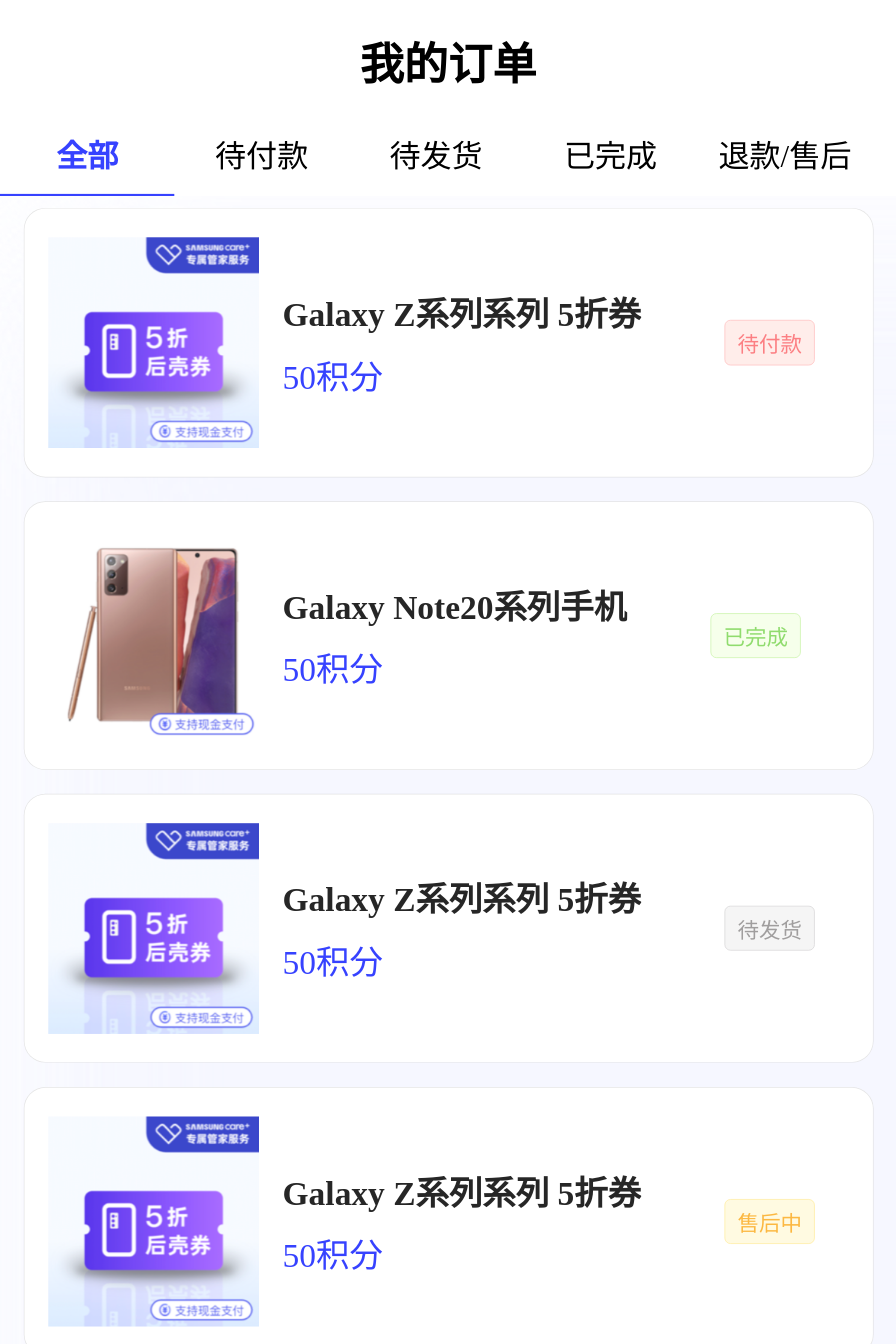
Repository: lucky-LoL735/jfsc
Page: myOrder.html
These files come from the project's save history. The page is drawn as it stood at one moment and after the next save; the edit follows.
The browser window is 1280 px wide. The pictures show the part of the page from y = 0 to 1920 px (the page is 2808 px tall before and 720 px after), at 70% of full size.

Above is the page before, as saved 2022-11-19 18:25:30.

### myOrder.html
<!DOCTYPE html>
<html lang="en" style="font-size: 100px;">

<head>
    <meta charset="UTF-8">
    <meta http-equiv="X-UA-Compatible" content="IE=edge">
    <meta name="viewport" content="width=device-width, initial-scale=1.0">
    <title>我的订单</title>
</head>
<style>
    * {
        margin: 0;
        padding: 0;
    }

    body {
        background: url(./imgs/blurcolor@2x.png) no-repeat no-repeat;
        background-size: cover;
        /*把背景图片放大到适合元素容器的尺寸，图片比例不变，但是要注意，超出容器的部分可能会裁掉。*/
    }

    .header {
        background: #FFFFFF;
    }

    .header .title h2 {
        height: 1.1rem;
        text-align: center;
        line-height: 1.1rem;
        font-size: 0.37rem;
    }

    .header .nav {
        display: flex;
        justify-content: space-between;
        font-size: 0.26rem;

    }

    .header .nav div {
        flex: 1;
        text-align: center;
    }

    .header .nav .active {
        padding: 0 0 0.15rem 0;
        font-weight: bold;
        color: #3642FF;
        border-bottom: 3px solid #3642FF;
    }

    .header .nav .tail {
        padding: 0 0.2rem 0.15rem 0;
        margin: 0;
    }

    .content {
        padding: 0.1rem 0.2rem 0 0.2rem;

    }

    .content .item {
        display: flex;
        /*justify-content: space-around;*/
        align-items: center;
        background: #FFFFFF;
        border: 1px solid rgba(0, 0, 0, 0.1);
        width: 100%;
        height: 2.24rem;
        border-radius: 0.18rem;
        margin-bottom: 0.2rem;

    }

    .content .item .img img {
        display: flex;
        width: 1.76rem;
        height: 1.76rem;
        padding: 0.2rem;
    }

    .content .item .info {
        display: block;
        color: rgba(0, 0, 0, 0.65);
        text-align: left;
    }

    .content .item .info p:first-of-type {
        color: rgba(0, 0, 0, 0.85);
        font-weight: bolder;
        overflow: hidden;
        text-overflow: ellipsis;
        white-space: nowrap;
    }

    .content .item .info p:last-of-type {
        margin-top: 0.12rem;
        color: #3642FF;
    }

    .content .item .info p {
        font-size: 0.28rem;
    }

    .content .item .badge span {
        display: flex;
        /*border: 1px solid #c94c5f;
        background: pink;
        color: #ce6575;*/
        padding: 0.05rem 0.1rem 0.05rem 0.1rem;
        border-radius: 0.05rem;
        text-align: center;
        font-size: 0.18rem;
        margin-left: 0.7rem;
    }

    .a {
        background-color: rgb(251, 233, 235);
    }

    .b {
        background-color: rgb(236, 60, 60);
    }

    .c {
        background-color: rgb(164, 162, 162);
    }


    /*如果设备像素大于等于2，则背景图用2倍图*/
    @media screen and (-webkit-min-device-pixel-ratio: 2),
    screen and (min--moz-device-pixel-ratio: 2) {
        body {
            background: url(./imgs/blurcolor@2x.png) no-repeat no-repeat;
        }
    }

    /*如果设备像素大于等于3，则用3倍图*/
    @media screen and (-webkit-min-device-pixel-ratio: 3),
    screen and (min--moz-device-pixel-ratio: 3) {
        body {
            background: url(./imgs/blurcolor@3x.png) no-repeat no-repeat;
        }
    }
</style>

<body>
    <div class="header">
        <div class="title">
            <h2>我的订单</h2>
        </div>
        <div class="nav">
            <div class="active">
                <p>全部</p>
            </div>
            <div>
                <p>待付款</p>
            </div>
            <div>
                <p>待发货</p>
            </div>
            <div>
                <p>已完成</p>
            </div>
            <div class="tail">
                <p>退款/售后</p>
            </div>
        </div>
    </div>
    <main>
        <div class="content">
        </div>
    </main>
</body>

<script>
    (function (doc, win) {
        var docEl = doc.documentElement,
            resizeEvt = 'orientationchange' in window ? 'orientationchange' : 'resize',
            recalc = function () {
                var clientWidth = docEl.clientWidth;
                if (!clientWidth) return;
                docEl.style.fontSize = 100 * (clientWidth / 750) + 'px';
            };
        if (!doc.addEventListener) return;
        win.addEventListener(resizeEvt, recalc, false);
        doc.addEventListener('DOMContentLoaded', recalc, false);
    })(document, window)

    var content = document.getElementsByClassName("content");
    var item = [
        { img: './imgs/backz@2x.png', srcset: './imgs/backz@2x.png 2x,./imgs/back@3x.png 3x', name: 'Galaxy Z系列系列 5折券', number: '50积分', status: '待付款', statusFlag: 'waitOrder'},
        { img: './imgs/phone@2x.png', srcset: './imgs/phone@2x.png 2x,./imgs/phone@3x.png 3x', name: 'Galaxy Note20系列手机', number: '50积分', status: '已完成', statusFlag: 'finishOrder'},
        { img: './imgs/backz@2x.png', srcset: './imgs/backz@2x.png 2x,./imgs/back@3x.png 3x', name: 'Galaxy Z系列系列 5折券', number: '50积分', status: '待发货', statusFlag: 'sendOrder'},
        { img: './imgs/backz@2x.png', srcset: './imgs/backz@2x.png 2x,./imgs/back@3x.png 3x', name: 'Galaxy Z系列系列 5折券', number: '50积分', status: '售后中', statusFlag: 'saleOrder' },
        { img: './imgs/backz@2x.png', srcset: './imgs/backz@2x.png 2x,./imgs/back@3x.png 3x', name: 'Galaxy Z系列系列 5折券', number: '50积分', status: '待发货', statusFlag: 'sendOrder' },
        { img: './imgs/backz@2x.png', srcset: './imgs/backz@2x.png 2x,./imgs/back@3x.png 3x', name: 'Galaxy Z系列系列 5折券', number: '50积分', status: '待发货', statusFlag: 'sendOrder' }
    ]
    /*循环加载到页面*/
    function getOrderData() {
        var html = '';
        for (var i = 0; i < item.length; i++) {
            html += ` <div class="item">
            <div class="img">
                <img src=${item[i].img} srcset=${item[i].srcset} />
            </div>
            <div class="info">
                <p>${item[i].name}</p>
                <p>${item[i].number}</p>
            </div>
            <div class="badge">
            <span class="badge1">${item[i].status}</span>
         </div>
        </div>`
        }
        content[0].innerHTML = html;
    }

    window.onload = getOrderData();
    /*获取span文字内容*/
    var orderStatus = document.getElementsByClassName("badge1");
    console.log(orderStatus)
    /*获取dom，修改订单状态css样式*/
    function cssStyleOrder(orderStatus) {
        for (var item = 0; item < orderStatus.length; item++) {
            if (orderStatus[item].innerText == '待付款') {
                var cssText = "border:1px solid rgb(255, 190, 189);background:rgb(255, 237, 234);color:rgb(252, 127, 131)"
                orderStatus[item].style.cssText = cssText;
            } else if (orderStatus[item].innerText == '待发货') {
                var cssText = "border:1px solid rgb(214, 213, 214);background:rgb(245, 245, 245);color:rgb(160, 158, 158)"
                orderStatus[item].style.cssText = cssText;
            } else if (orderStatus[item].innerText == '已完成') {
                var cssText = "border:1px solid rgb(201, 242, 168);background:rgb(246, 255, 235);color:rgb(144, 220, 110)"
                orderStatus[item].style.cssText = cssText;
            } else if (orderStatus[item].innerText == '售后中') {
                var cssText = "border:1px solid rgb(255, 235, 157);background:rgb(255, 250, 225);color:rgb(252, 184, 66)"
                orderStatus[item].style.cssText = cssText;
            }
        }
    }
    /*调用修改css样式函数*/
    cssStyleOrder(orderStatus);
</script>

</html>

After the next save:
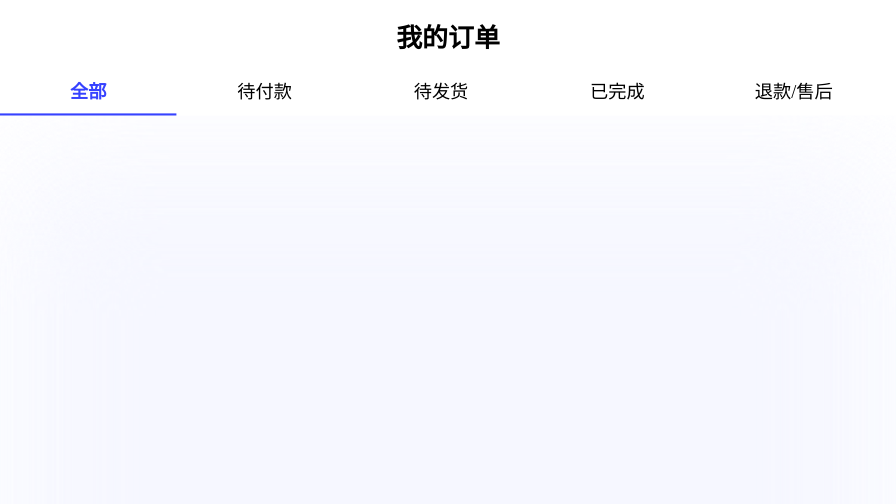
Console error: SyntaxError: Unexpected token '.'
Saved 50 s later.
--- a/myOrder.html
+++ b/myOrder.html
@@ -209,7 +209,7 @@
                 <p>${item[i].number}</p>
             </div>
             <div class="badge">
-            <span class="badge1">${item[i].status}</span>
+            <span class="${{item.statusOrder}}">${item[i].status}</span>
          </div>
         </div>`
         }

After the save that followed:
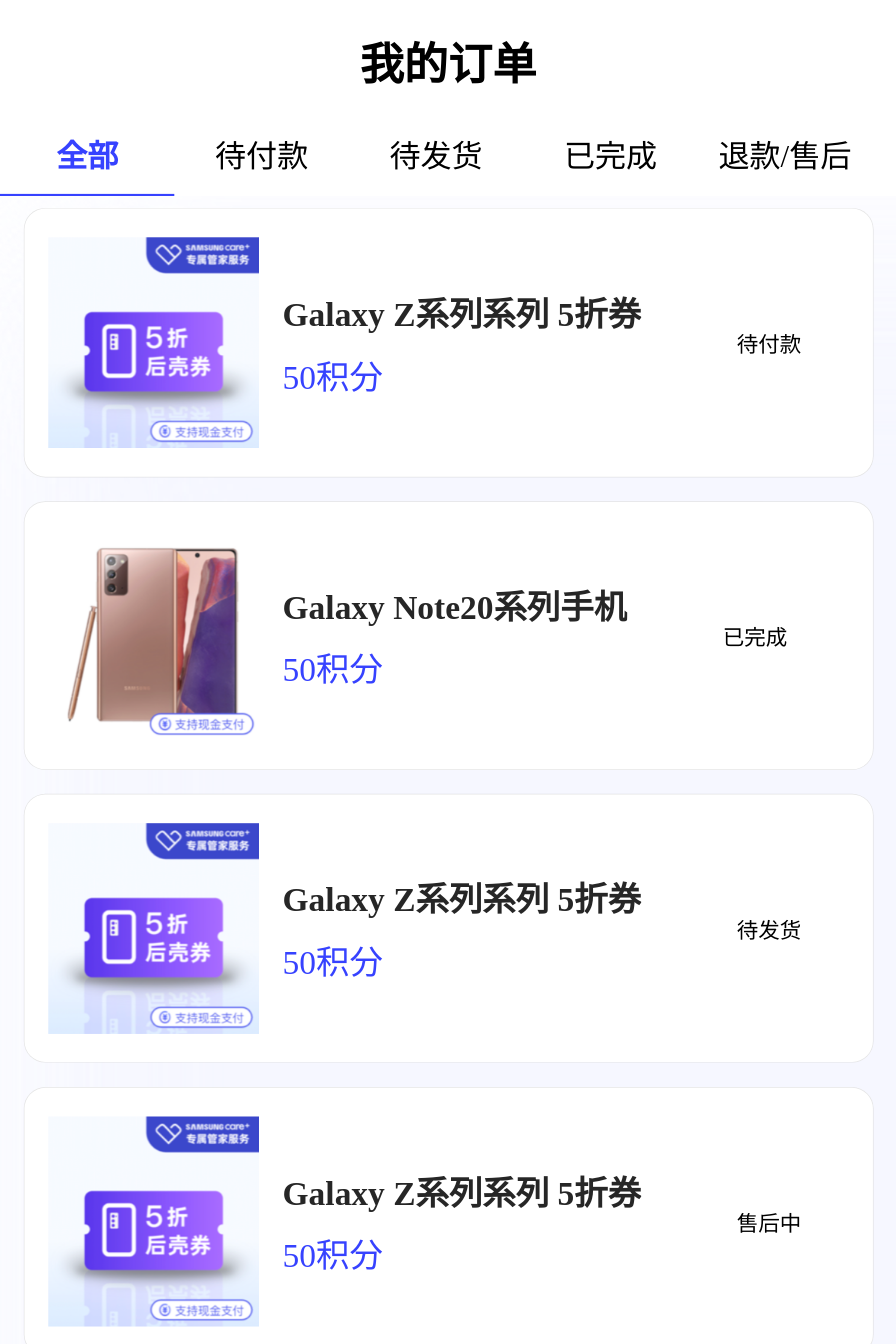
The error is gone.
Saved 2 min 36 s later.
--- a/myOrder.html
+++ b/myOrder.html
@@ -209,7 +209,7 @@
                 <p>${item[i].number}</p>
             </div>
             <div class="badge">
-            <span class="${{item.statusOrder}}">${item[i].status}</span>
+            <span class=${item.statusOrder}>${item[i].status}</span>
          </div>
         </div>`
         }
